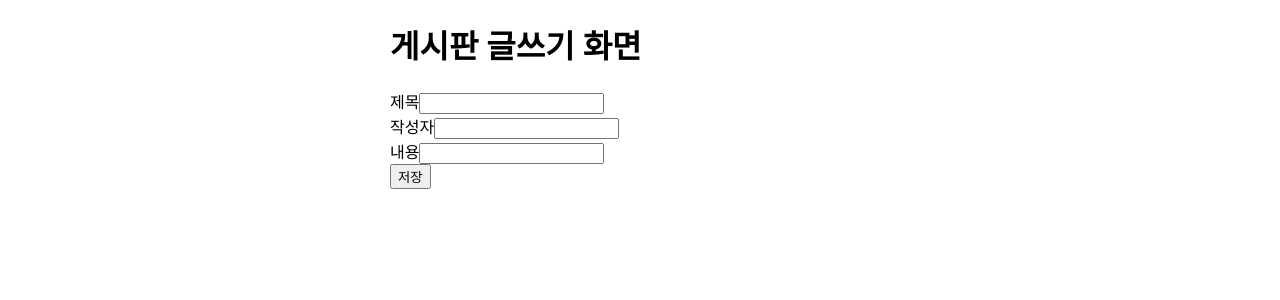
Repository: saysang22/servlet
Page: http://localhost/bbs/write.jsp
The author's editor kept a copy of each file at every save. The page is drawn from the files as they stood at one save, then again after the next save.
The browser window is 1280 px wide. The pictures show the whole page.
The page is served by Tomcat 10.

Above is the page before, as saved 2024-06-05 01:40:20.

After the next save:
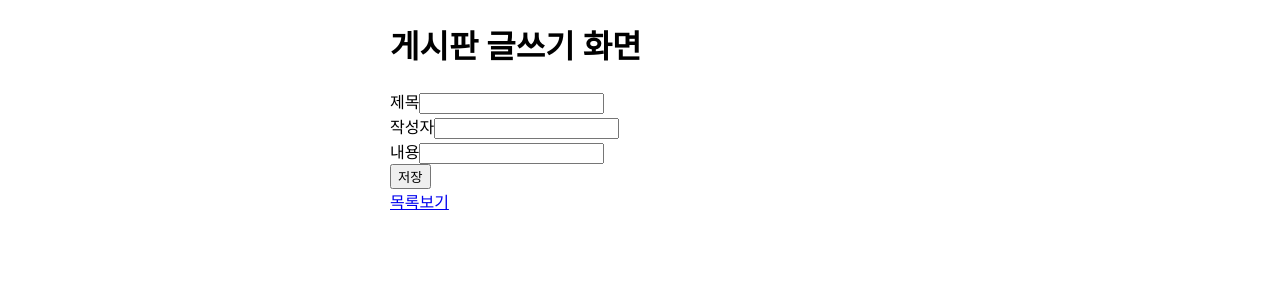
Saved 17 s later.
--- a/bbs/src/main/webapp/write.jsp
+++ b/bbs/src/main/webapp/write.jsp
@@ -27,6 +27,7 @@
 			</div>
 			<input type="submit" value="저장">
 		</form>
+		<a href="list.do">목록보기</a>
 	</div>
 </body>
 </html>
